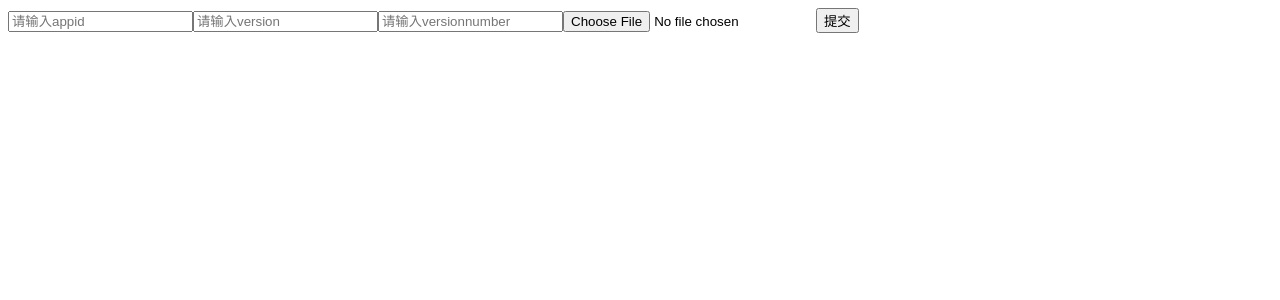
Repository: wfj01/Qmhht
Page: /#/Upload
These files come from the project's save history. The page is drawn as it stood at one moment and after the next save; the edit follows.
The browser window is 1280 px wide. The pictures show the whole page.
The project was rebuilt for these pictures with package versions that can differ from the ones it lists, and the page was loaded fresh each time. Also part of the build but not shown: src/components/HelloWorld.vue, src/view/msite.vue, src/view/index/index.vue, src/view/index/home/home.vue, src/view/login/login.vue, src/components/add/adduser.vue, src/view/table/table.vue.

Above is the page before, as saved 2021-01-16 15:38:08.
Console error: TypeError: Cannot read properties of undefined (reading 'protocol')

After the next save:
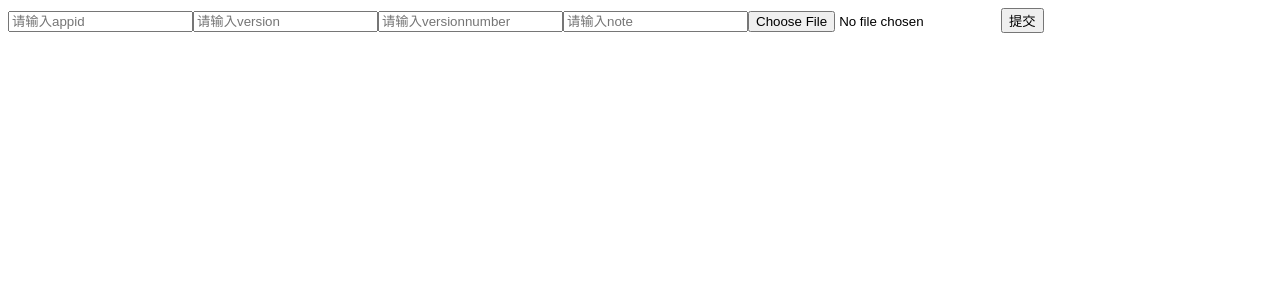
Saved 8 min 49 s later.
--- a/src/view/uploadfile/index.vue
+++ b/src/view/uploadfile/index.vue
@@ -4,6 +4,7 @@
     <input type="text" value="" v-model="appid" placeholder="请输入appid" />
     <input type="text" value="" v-model="version" placeholder="请输入version" />
     <input type="text" value="" v-model="versionnumber" placeholder="请输入versionnumber" />
+    <input type="text" value="" v-model="note" placeholder="请输入note" />
     <input type="file" @change="getFile($event)" />
     <!-- <input type="file" @change="getFile2($event)" /> -->
     <button @click="submit($event)">提交</button>
@@ -20,6 +21,10 @@ export default {
       //文件
       file: "",
       file2: "",
+      appid:"",
+      version:"",
+      versionnumber:"",
+      note:""
     };
   },
   methods: {
@@ -37,7 +42,7 @@ export default {
       formData.append("file", this.file);
       this.$ajax({
         method: "post",
-        url: "http://localhost:33527/MultiFileUpload",
+        url: "http://localhost:33527/MultiFileUpload?appid="+this.appid+"&version="+this.version+"&versionnumber="+this.versionnumber+"&note="+this.note,
         data: formData,
       }).then((resp) => {
         if (resp.data.flag != true) {
